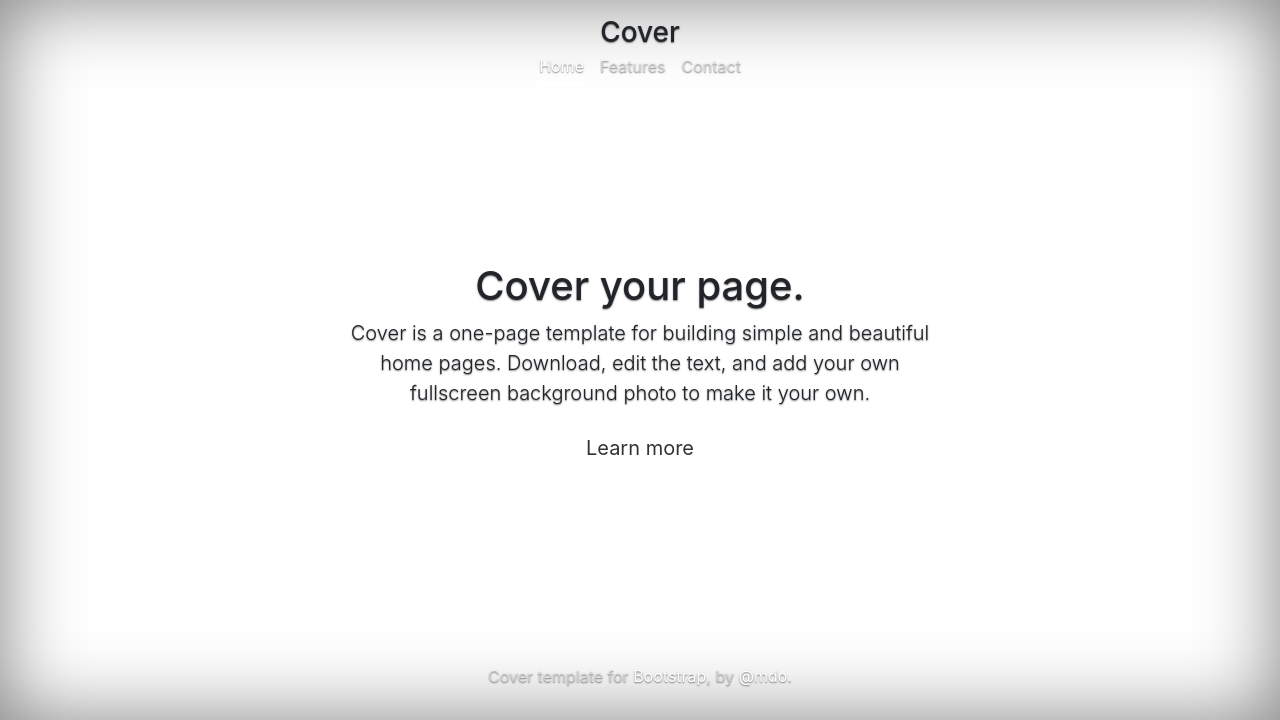
Repository: Shlahla48/zaio-bootstrap-portfolio
Page: index.html
An editor plug-in stored every save of this project. The page is shown before and after the next save, followed by the edit.
The browser window is 1280 px wide. The pictures show the whole page.

Above is the page before, as saved 2022-10-10 13:15:15.

After the next save:
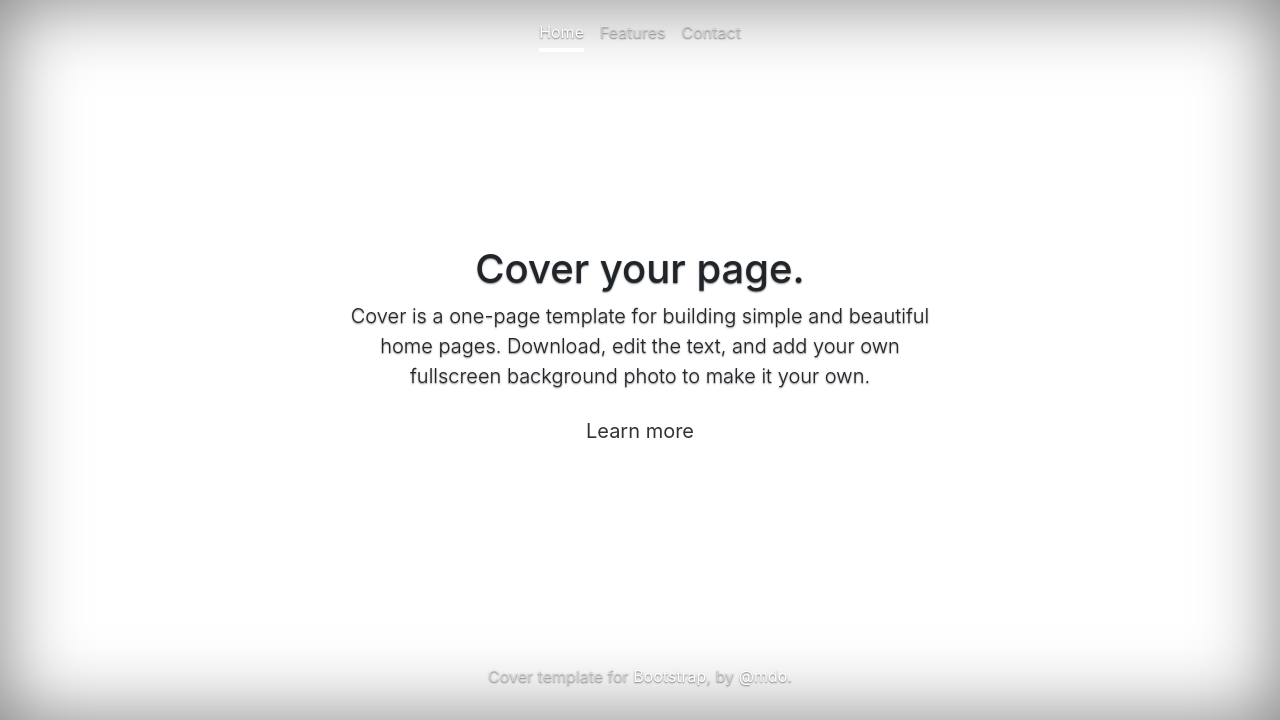
Saved 26 min 18 s later.
--- a/index.html
+++ b/index.html
@@ -77,7 +77,7 @@
 <div class="cover-container d-flex w-100 h-100 p-3 mx-auto flex-column">
   <header class="mb-auto">
     <div>
-      <h3 class="float-md-start mb-0">Cover</h3>
+      <h3 class="float-md-start mb-0"></h3>
       <nav class="nav nav-masthead justify-content-center float-md-end">
         <a class="nav-link fw-bold py-1 px-0 active" aria-current="page" href="#">Home</a>
         <a class="nav-link fw-bold py-1 px-0" href="#">Features</a>

After the save that followed:
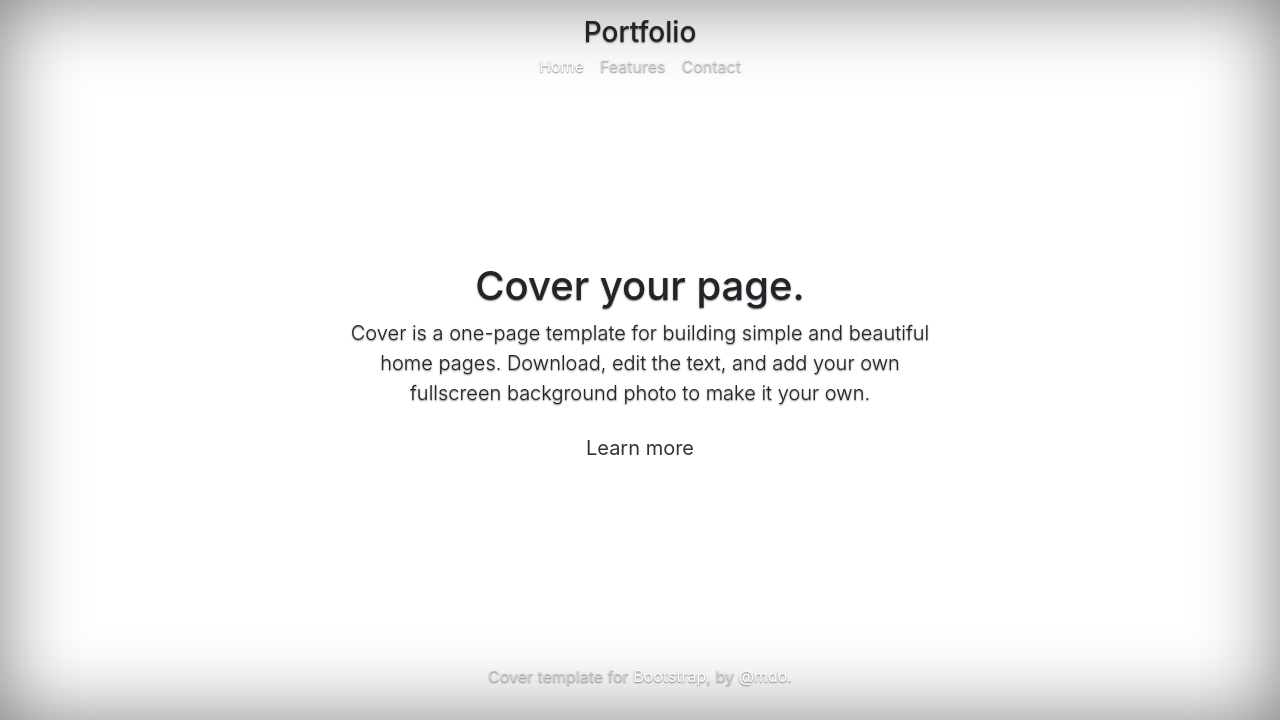
Saved 30 s later.
--- a/index.html
+++ b/index.html
@@ -77,7 +77,7 @@
 <div class="cover-container d-flex w-100 h-100 p-3 mx-auto flex-column">
   <header class="mb-auto">
     <div>
-      <h3 class="float-md-start mb-0"></h3>
+      <h3 class="float-md-start mb-0">Portfolio</h3>
       <nav class="nav nav-masthead justify-content-center float-md-end">
         <a class="nav-link fw-bold py-1 px-0 active" aria-current="page" href="#">Home</a>
         <a class="nav-link fw-bold py-1 px-0" href="#">Features</a>
